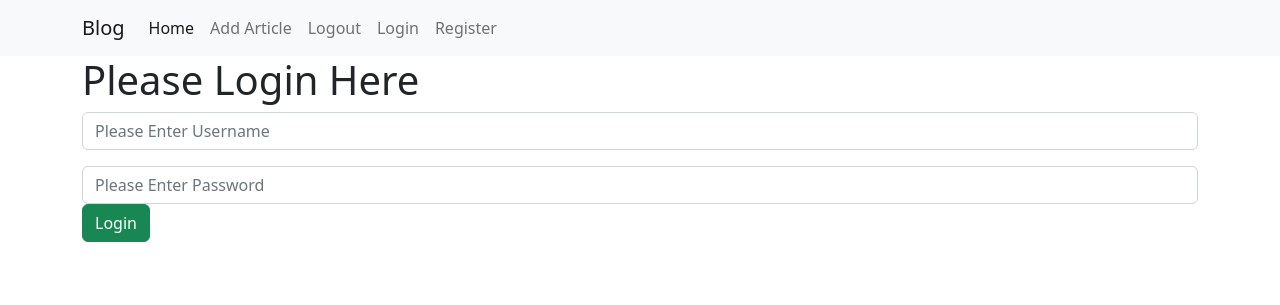
Repository: baothi/fontend
Page: /
An editor plug-in stored every save of this project. The page is shown before and after the next save, followed by the edit.
The browser window is 1280 px wide. The pictures show the whole page.
The page's requests for data from a server got no answer. The project was rebuilt for these pictures with package versions that can differ from the ones it lists, and the page was loaded fresh each time. No one was signed in, and anything a server would have sent is missing. Also part of the build but not shown: src/App.css, src/components/ArticleList.js, src/components/ArticleDetails.js.

Above is the page before, as saved 2022-10-14 10:36:40.

After the next save:
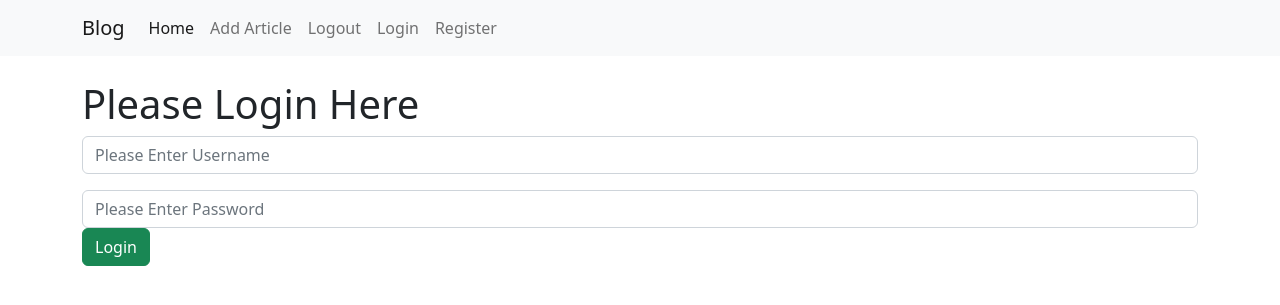
Saved 12 s later.
--- a/src/components/Login.js
+++ b/src/components/Login.js
@@ -7,7 +7,7 @@ function Login() {
     const [password, setPassword] = useState('')
 
     return (
-        <div className='container'>
+        <div className='container mt-4'>
             <h1>Please Login Here</h1>
             <div className="mb-3">
                 <input type="text" className="form-control"
